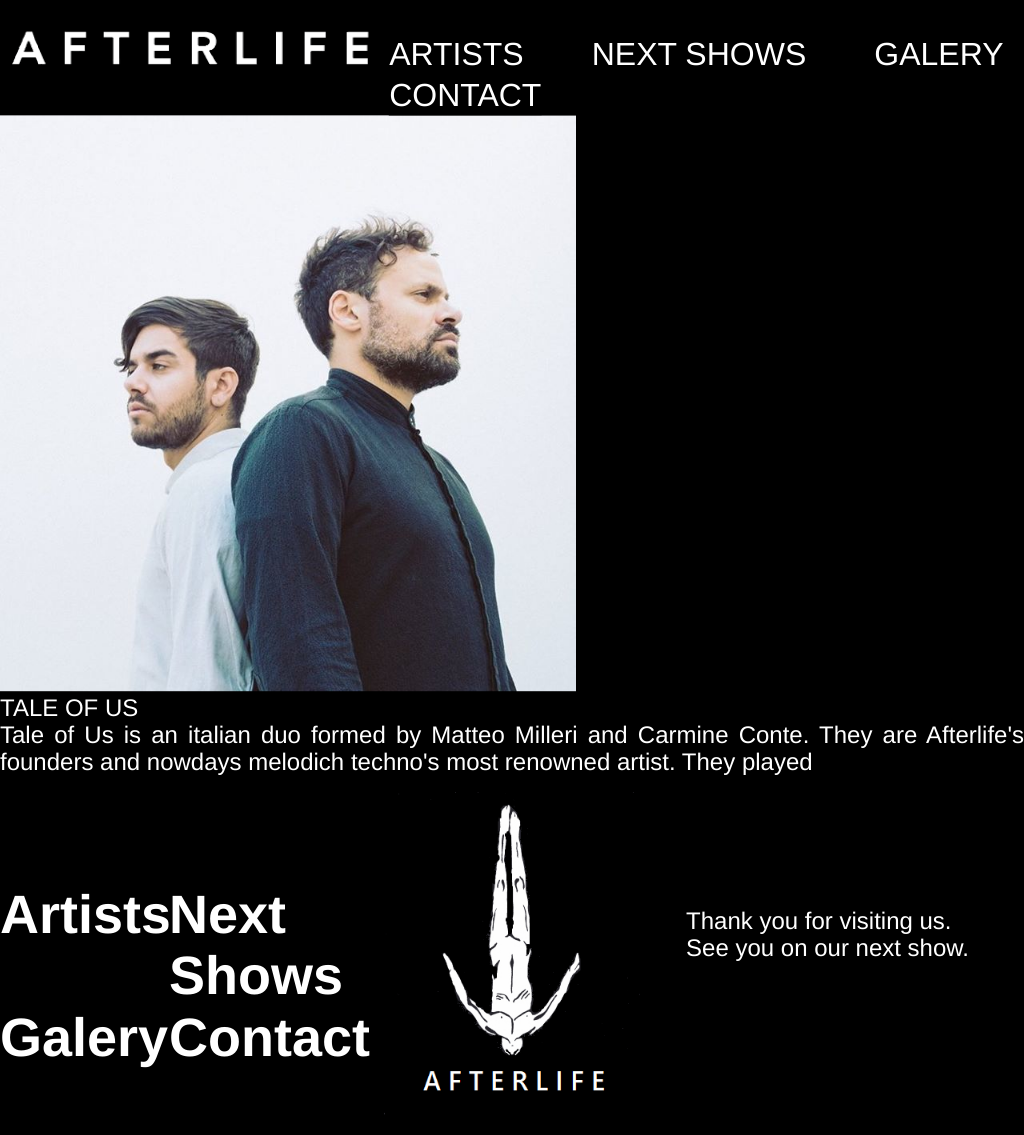
Repository: francoG98/Afterlife-Coderhouse-pre-entrega-2
Page: views/artists.html
These files come from the project's save history. The page is drawn as it stood at one moment and after the next save; the edit follows.
The browser window is 1280 px wide. The pictures show the whole page, at 80% of full size.

Above is the page before, as saved 2023-04-29 16:11:25.

After the next save:
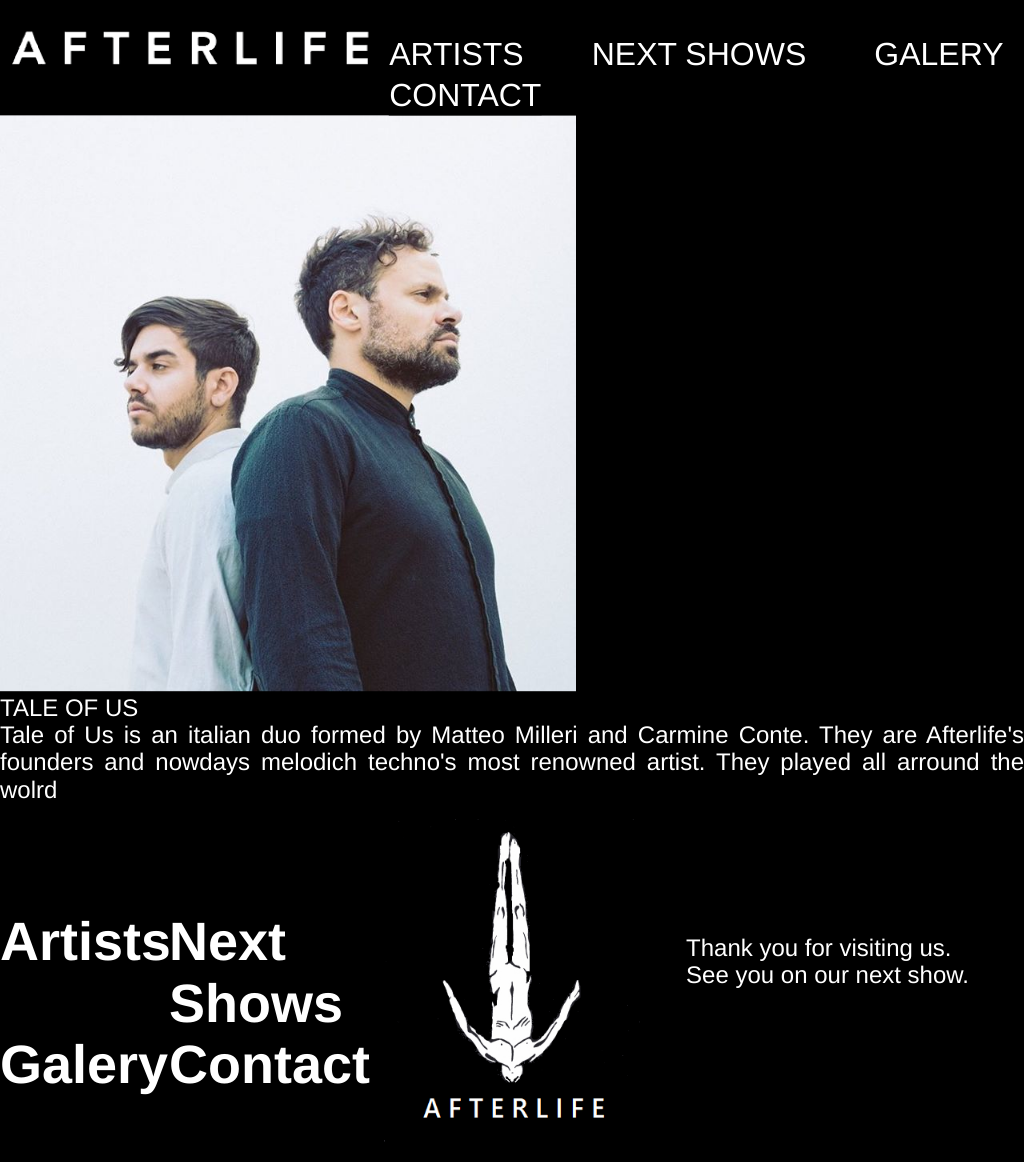
Saved 5 s later.
--- a/views/artists.html
+++ b/views/artists.html
@@ -35,7 +35,7 @@
         <div class="artist">
             <img src="../source/artist_photos/tale_of_us.png" href="tale_of_us">
             <p class="artist_name">TALE OF US</p>
-            <p>Tale of Us is an italian duo formed by Matteo Milleri and Carmine Conte. They are Afterlife's founders and nowdays melodich techno's most renowned artist. They played </p>
+            <p>Tale of Us is an italian duo formed by Matteo Milleri and Carmine Conte. They are Afterlife's founders and nowdays melodich techno's most renowned artist. They played all arround the wolrd </p>
         </div>
     </main>
     <footer class="container-footer">
